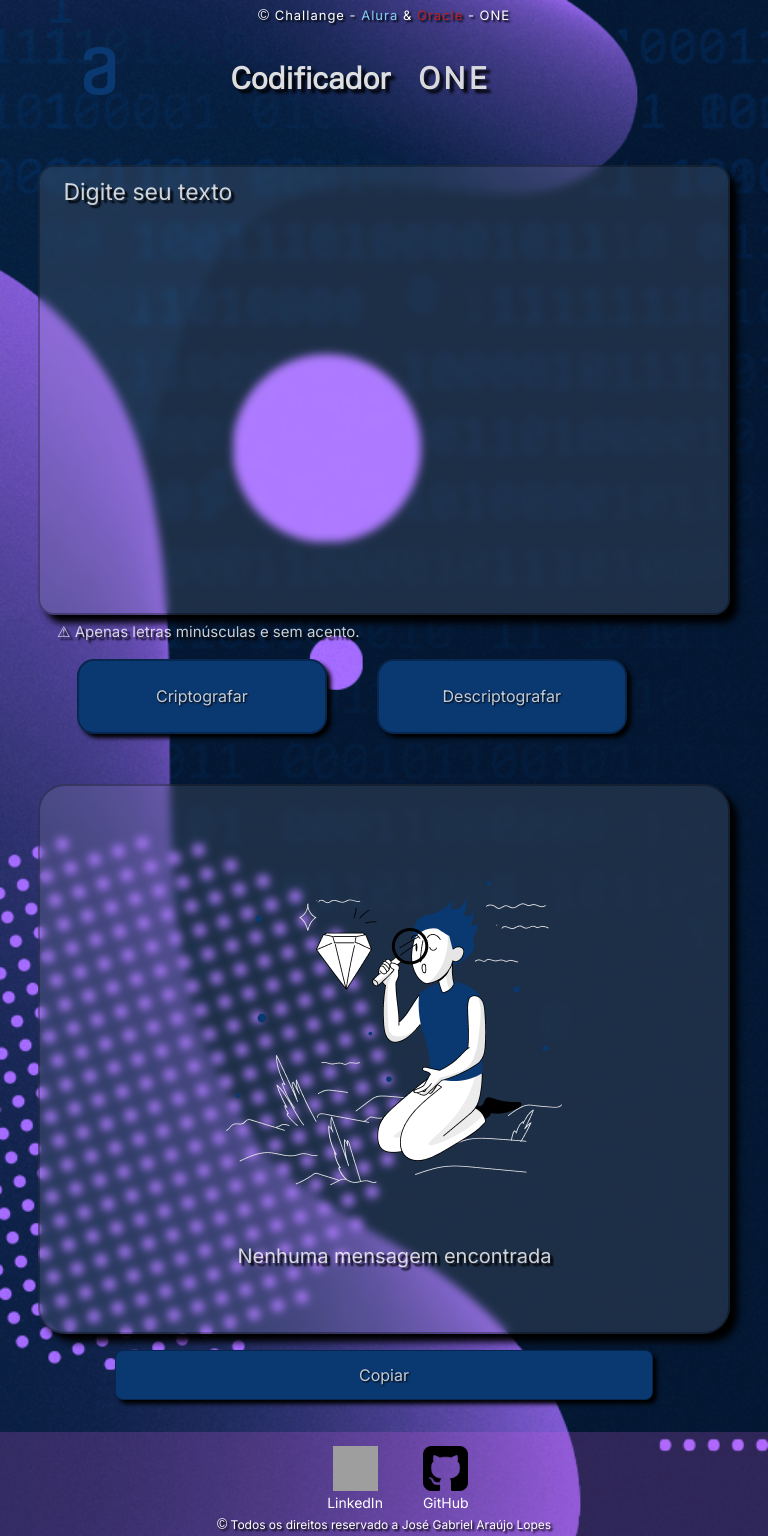
Repository: GabbrielLopes/Decodificador-ONE-Challange-Alura
Page: index.html
An editor plug-in stored every save of this project. The page is shown before and after a run of saves, followed by the edit.
The browser window is 768 px wide. The pictures show the whole page.
Pictures or frames that could not be fetched are drawn as grey boxes.

Above is the page before, as saved 2022-05-11 23:21:29.

After the next 3 saves:
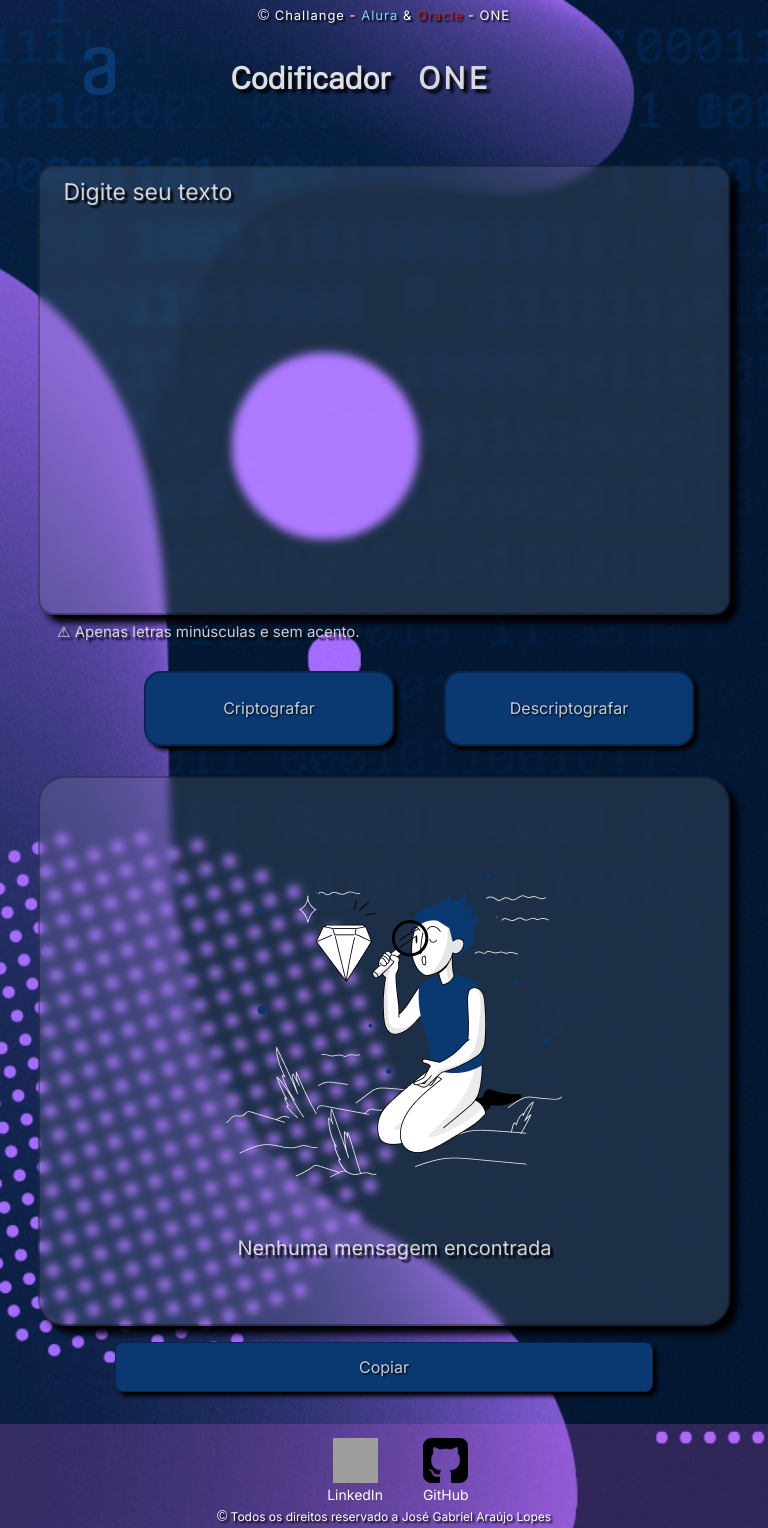
The 3 saves are shown as one change because they came seconds apart.
The last was saved 12 s later.
--- a/css/media.css
+++ b/css/media.css
@@ -30,7 +30,7 @@
     }
 
     .botoes {
-        margin: 20px 10%;
+        margin: 0 aut;
         max-width: 80%;
     }
 
